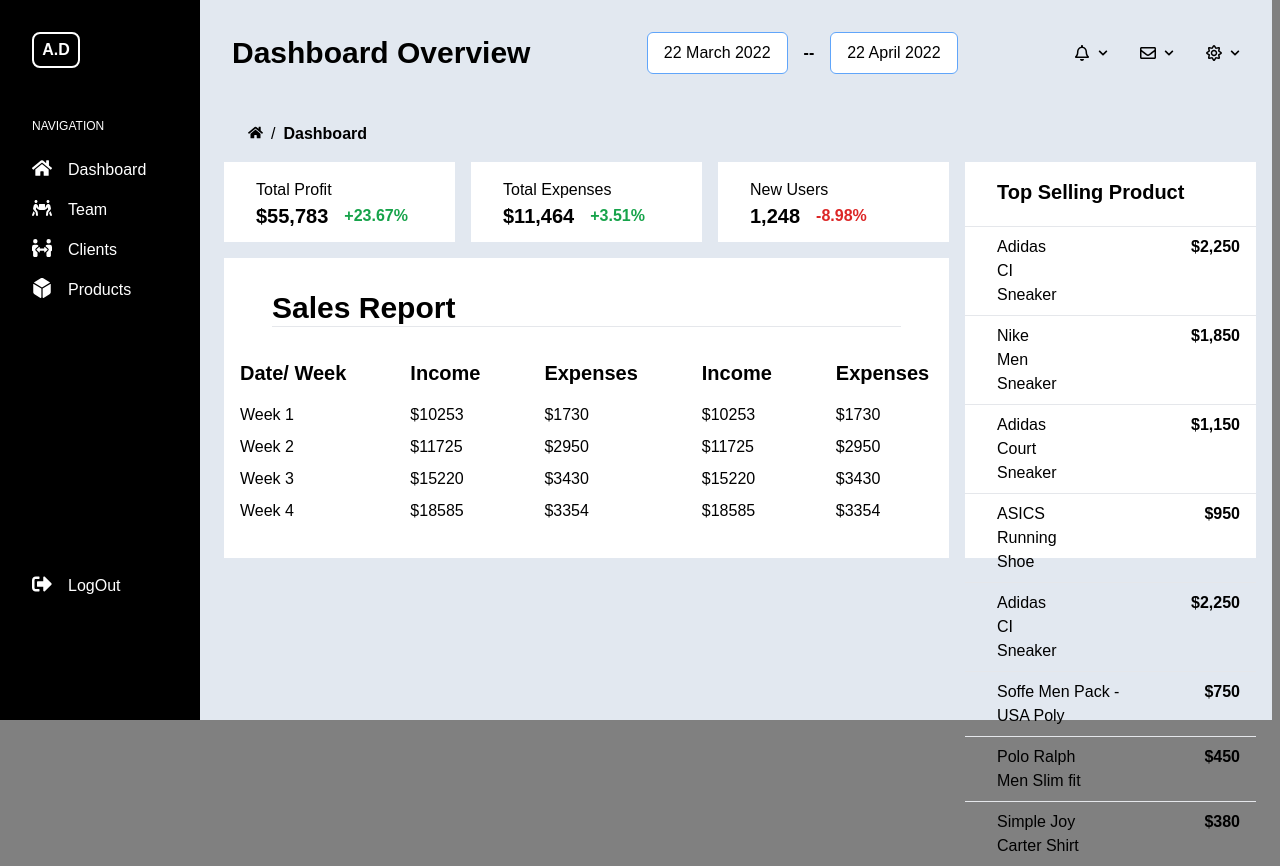
Repository: AngusOnyebuchi/Dashboard
Page: /dashboard
The author's editor kept a copy of each file at every save. The page is drawn from the files as they stood at one save, then again after the next save.
The browser window is 1280 px wide. The pictures show the whole page.
The page's requests for data from a server got no answer. The project was rebuilt for these pictures with package versions that can differ from the ones it lists, and the page was loaded fresh each time. No one was signed in, and anything a server would have sent is missing. Also part of the build but not shown: src/components/Login.js, src/components/Register.js, src/components/Team.js, src/components/Clients.js, src/components/Products.js.

Above is the page before, as saved 2022-05-26 18:37:58.

### public/index.html
<!DOCTYPE html>
<html lang="en">
  <head>
    <meta charset="utf-8" />
    <link rel="icon" href="%PUBLIC_URL%/favicon.ico" />
    <meta name="viewport" content="width=device-width, initial-scale=1" />
    <meta name="theme-color" content="#000000" />
    <meta
      name="description"
      content="Web site created using create-react-app"
    />
    <link rel="apple-touch-icon" href="%PUBLIC_URL%/logo192.png" />
    <!--
      manifest.json provides metadata used when your web app is installed on a
      user's mobile device or desktop. See https://developers.google.com/web/fundamentals/web-app-manifest/
    -->
    <link rel="manifest" href="%PUBLIC_URL%/manifest.json" />
    <!--
      Notice the use of %PUBLIC_URL% in the tags above.
      It will be replaced with the URL of the `public` folder during the build.
      Only files inside the `public` folder can be referenced from the HTML.

      Unlike "/favicon.ico" or "favicon.ico", "%PUBLIC_URL%/favicon.ico" will
      work correctly both with client-side routing and a non-root public URL.
      Learn how to configure a non-root public URL by running `npm run build`.
    -->
    <title>Angus Admin Board</title>
  </head>
  <body>
    <noscript>You need to enable JavaScript to run this app.</noscript>
    <div id="root"></div>
    <!--
      This HTML file is a template.
      If you open it directly in the browser, you will see an empty page.

      You can add webfonts, meta tags, or analytics to this file.
      The build step will place the bundled scripts into the <body> tag.

      To begin the development, run `npm start` or `yarn start`.
      To create a production bundle, use `npm run build` or `yarn build`.
    -->
  </body>
</html>

### src/index.js
import React from "react";
import ReactDOM from "react-dom";
import { BrowserRouter} from "react-router-dom"
import "./style.css"
import App from "./App";

ReactDOM.render(
            <BrowserRouter>
            <App/>
            </BrowserRouter>, document.getElementById("root"))

### src/style.css
@tailwind base;
@tailwind components;
@tailwind utilities;

@layer base {
    body{
        background-color: gray;
        @apply font-[Sans-serif];
    }
    li {
        @apply px-4;
        @apply cursor-pointer;
    }
}

.content-div {
    background-repeat: no-repeat;
    background-size: cover;
    background-position: center;
    height: 150px;
}

.content-div:hover {
    background-image: linear-gradient(
        to right,
        rgba(112, 157, 255, 0.8),
        hsla(242, 74%, 61%, 0.8)
    )!important;
}

### src/App.js
import React, {useState, useEffect} from 'react'
import Home from './components/Home'
import Layout from './components/Layout'
import Login from './components/Login'
import Register from './components/Register'
import Team from './components/Team'
import Clients from './components/Clients'
import Products from './components/Products'
import { Routes, Route } from "react-router-dom"

const teamsUrl = 'https://fakerapi.it/api/v1/persons?_quantity=12'
const clientsUrl = 'https://fakerapi.it/api/v1/companies?_quantity=12'
const productsUrl = 'https://fakerapi.it/api/v1/products?_quantity=12'


export default function App() {

  const [teams, setTeams] = useState([])
  const [clients, setClients] = useState([])
  const [products, setProducts] = useState([])

  const getTeam = () => {
    fetch(teamsUrl)
    .then(response => response.json())
    .then(data => {
      console.log(data.data)
      setTeams(data.data)
    })
  }

  const getClient = () => {
    fetch(clientsUrl)
    .then(response => response.json())
    .then(data => {
      console.log(data.data)
      setClients(data.data)
    })
  }

  const getProduct = () => {
    fetch(productsUrl)
    .then(response => response.json())
    .then(data => {
      console.log(data.data)
      setProducts(data.data)
    })
  }

  useEffect(()=> {
      getTeam()
  }, [])

  useEffect(()=> {
    getClient()
}, [])

useEffect(()=> {
  getProduct()
}, [])

  const teamsElement = teams && teams.length && teams.map(team => {
    return (
      <Team
              key= {team.id}
              firstname= {team.firstname}
              lastname= {team.lastname}
              email= {team.email}
              phone= {team.phone}
              gender= {team.gender}
              image= {team.image}
              />
    )
  })

  const clientsElement = clients && clients.length && clients.map(client => {
    return (
      <Clients
              key= {client.id}
              fullname= {client.name}
              email= {client.email}
              phone= {client.phone}
              gender= {client.gender}
              image= {client.image}
              />
    )
  })

  const productsElement = products && products.length && products.map(product => {
    return (
      <Products
              key= {product.id}
              name= {product.name}
              image= {product.image}
              netPrice= {product.net_price}
              taxes= {product.taxes}
              price= {product.price}
              />
    )
  })

  return (
    <div>

      <Routes>
          <Route path='/' element={<Login/>}/>

          <Route path='/dashboard' element={
          <Layout>
          <Home/>
          </Layout>
          }/>

          <Route path='/register' element={<Register/>}/>

          <Route path='/team' element={
            <Layout>
            <div className='px-8'>
              <div className='text-center p-8 text-black'>
                <h1 className='text-3xl inline border-b-4 border-pink-600'>Team Members</h1>
              </div>
              <div className='grid grid-cols-3 pb-12'>
              {teamsElement}
              </div>
            </div>
            </Layout>
          }/>

          <Route path='/clients' element={
            <Layout>
            <div className='px-8'>
            <div className='text-center p-8 text-black'>
              <h1 className='text-3xl inline border-b-4 border-pink-600'>Our Clients</h1>
            </div>
            <div className='grid grid-cols-3 pb-12'>
            {clientsElement}
            </div>
          </div>
          </Layout>
          }/>

          <Route path='/products' element={
            <Layout>
            <div className='px-8'>
            <div className='text-center p-8 text-black'>
              <h1 className='text-3xl inline border-b-4 border-pink-600'>Our Products</h1>
            </div>
            <div className='grid grid-cols-2 gap-4 pb-12 '>
            {productsElement}
            </div>
          </div>
          </Layout>
          }/>

      </Routes>
    </div>
  )
}

### src/components/Home.js
import React from 'react'
import { FaChevronDown, FaRegEnvelope, FaRegSun, FaRegBell, FaHome} from 'react-icons/fa'

export default function Home() {
  return (
    <div name="dashboard" className='p-4 mx-2 h-screen bg-slate-200'>

          {/** The first part after the nav */}
      <div className='flex justify-between p-4 items-center'>
        <h1 className='font-bold text-3xl ml-48'>Dashboard Overview</h1>

        <div className='flex items-center gap-4'>
          <div className='px-4 py-2 bg-white border-[1px] rounded-md border-blue-400'>
            <p>22 March 2022</p>
            <img alt=''/>
          </div>

          <p><strong>--</strong></p>

          <div className='px-4 py-2 bg-white border-[1px] rounded-md border-blue-400'>
            <p>22 April 2022</p>
            <img alt=''/>
          </div>
        </div>

        <div className='flex gap-8 items-center '>
          <div className='flex gap-2 items-center cursor-pointer'>
            <FaRegBell/>
            <FaChevronDown size={10}/>
          </div>
          <div className='flex gap-2 items-center cursor-pointer'>
            <FaRegEnvelope/>
            <FaChevronDown size={10}/>
          </div>
          <div className='flex gap-2 items-center cursor-pointer'>
            <FaRegSun/>
            <FaChevronDown size={10}/>
          </div>
        </div>

      </div>

      <div className='text-black ml-56 mt-8 flex gap-2 items-center text-center'>
        <FaHome size={15} className='mb-1 cursor-pointer'/>
        <p>/</p>
        <p className='font-semibold'>Dashboard</p>
      </div>


        {/** The second part after the nav */}
        <div className='flex gap-4 mt-4'>

          <div className='ml-[200px]'>
          <div className='flex items-center gap-4'>

            <div className='h-[80px] w-[231px] bg-white py-4 px-8'>
              <p>Total Profit</p>
              <div className='flex items-center gap-4 font-bold'>
                <p className='text-xl'>$55,783</p>
                <p className='text-green-600'>+23.67%</p>
              </div>
            </div>

            <div className='h-[80px] w-[231px] bg-white py-4 px-8'>
              <p>Total Expenses</p>
              <div className='flex items-center gap-4 font-bold'>
                <p className='text-xl'>$11,464</p>
                <p className='text-green-600'>+3.51%</p>
              </div>
            </div>

            <div className='h-[80px] w-[231px] bg-white py-4 px-8'>
              <p>New Users</p>
              <div className='flex items-center gap-4 font-bold'>
                <p className='text-xl'>1,248</p>
                <p className='text-red-600'>-8.98%</p>
              </div>
            </div>

          </div>

          <div className='h-[300px] w-[725px] bg-white mt-4'>

            <div className='text-3xl px-12 py-8'>
              <p className='font-bold'>Sales Report</p>
              <hr/>
            </div>

            <div className='flex items-center px-4 gap-16'>
              <div>
                <p className='text-xl font-bold mb-4'>Date/ Week</p>
                <p className='mb-2'>Week 1</p>
                <p className='mb-2'>Week 2</p>
                <p className='mb-2'>Week 3</p>
                <p className='mb-2'>Week 4</p>
              </div>
              <div>
                <p className='text-xl font-bold mb-4'>Income</p>
                <p className='mb-2'>$10253</p>
                <p className='mb-2'>$11725</p>
                <p className='mb-2'>$15220</p>
                <p className='mb-2'>$18585</p>
              </div>
              <div>
                <p className='text-xl font-bold mb-4'>Expenses</p>
                <p className='mb-2'>$1730</p>
                <p className='mb-2'>$2950</p>
                <p className='mb-2'>$3430</p>
                <p className='mb-2'>$3354</p>
              </div>
              <div>
                <p className='text-xl font-bold mb-4'>Income</p>
                <p className='mb-2'>$10253</p>
                <p className='mb-2'>$11725</p>
                <p className='mb-2'>$15220</p>
                <p className='mb-2'>$18585</p>
              </div>
              <div>
                <p className='text-xl font-bold mb-4'>Expenses</p>
                <p className='mb-2'>$1730</p>
                <p className='mb-2'>$2950</p>
                <p className='mb-2'>$3430</p>
                <p className='mb-2'>$3354</p>
              </div>

            </div>
          </div>

          </div>

          <div className='bg-white h-[396px] w-[382px] py-4'>
            <p className='font-bold text-xl pl-8 pb-5'>Top Selling Product</p>
            <hr/>
            <div className='flex gap-4 px-4 py-2'>
              <img alt='' src=''/>
              <p>Adidas CI Sneaker</p>
              <p className='font-bold ml-28'>$2,250</p>
            </div>
            <hr/>

            <div className='flex gap-4 px-4 py-2'>
              <img alt='' src=''/>
              <p>Nike Men Sneaker</p>
              <p className='font-bold ml-28'>$1,850</p>
            </div>
            <hr/>

            <div className='flex gap-4 px-4 py-2'>
              <img alt='' src=''/>
              <p>Adidas Court Sneaker</p>
              <p className='font-bold ml-[88px]'>$1,150</p>
            </div>
            <hr/>

            <div className='flex gap-4 px-4 py-2'>
              <img alt='' src=''/>
              <p>ASICS Running Shoe</p>
              <p className='font-bold ml-24'>$950</p>
            </div>
            <hr/>

            <div className='flex gap-4 px-4 py-2'>
              <img alt='' src=''/>
              <p>Adidas CI Sneaker</p>
              <p className='font-bold ml-28'>$2,250</p>
            </div>
            <hr/>

            <div className='flex gap-4 px-4 py-2'>
              <img alt='' src=''/>
              <p>Soffe Men Pack - USA Poly</p>
              <p className='font-bold ml-14'>$750</p>
            </div>
            <hr/>

            <div className='flex gap-4 px-4 py-2'>
              <img alt='' src=''/>
              <p>Polo Ralph Men Slim fit</p>
              <p className='font-bold ml-20'>$450</p>
            </div>
            <hr/>

            <div className='flex gap-4 px-4 py-2'>
              <img alt='' src=''/>
              <p>Simple Joy Carter Shirt</p>
              <p className='font-bold ml-20'>$380</p>
            </div>

          </div>

        </div>

    </div>
  )
}

### src/components/Layout.js
import React from 'react'
import NavBar from './NavBar'

export default function Layout({ children }) {
  return (
    <div>
        <NavBar />
        <div>{children}</div>
    </div>
  )
}

### src/components/NavBar.js
import React from 'react'
import { NavLink } from 'react-router-dom'
import { FaHome, FaPeopleCarry, FaPeopleArrows, FaDiceD6, FaSignOutAlt } from 'react-icons/fa'

export default function NavBar() {
  return (
    <div className=' fixed w-[200px] h-screen px-8 py-4 text-white bg-black'>
        <div className='flex gap-2 items-center text-center'>
            <h1 className='p-1 mt-4 w-12 border-2 border-white rounded-lg text-center text-white'><strong>A.D</strong></h1>
        </div>

        <div>
        <div className='mt-[50px]'>
                <h1 className='uppercase mb-6 text-xs'>Navigation</h1>

                <NavLink to='/dashboard'>
                  <div className='flex gap-4 text-center'>
                    <FaHome size={20}/>
                    <p className='cursor-pointer mb-4'>Dashboard</p>
                  </div>
                </NavLink>
                <NavLink to='/team'>
                  <div className='flex gap-4 text-center'>
                    <FaPeopleCarry size={20}/>
                    <p className='cursor-pointer mb-4'>Team</p>
                  </div>
                </NavLink>
                <NavLink to='/clients'>
                  <div className='flex gap-4 text-center'>
                    <FaPeopleArrows size={20}/>
                    <p className='cursor-pointer mb-4'>Clients</p>
                  </div>
                </NavLink>
                <NavLink to='/products'>
                  <div className='flex gap-4 text-center'>
                    <FaDiceD6 size={20}/>
                    <p className='cursor-pointer mb-[272px]'>Products</p>
                  </div>
                </NavLink>
                <NavLink to='/'>
                  <div className='flex gap-4 text-center'>
                    <FaSignOutAlt size={20}/>
                    <p className='cursor-pointer mb-4'>LogOut</p>
                  </div>
                </NavLink>
            </div>
        </div>
    </div>
  )
}

Loaded but not shown: tailwind.config.js (common file)

After the next save:
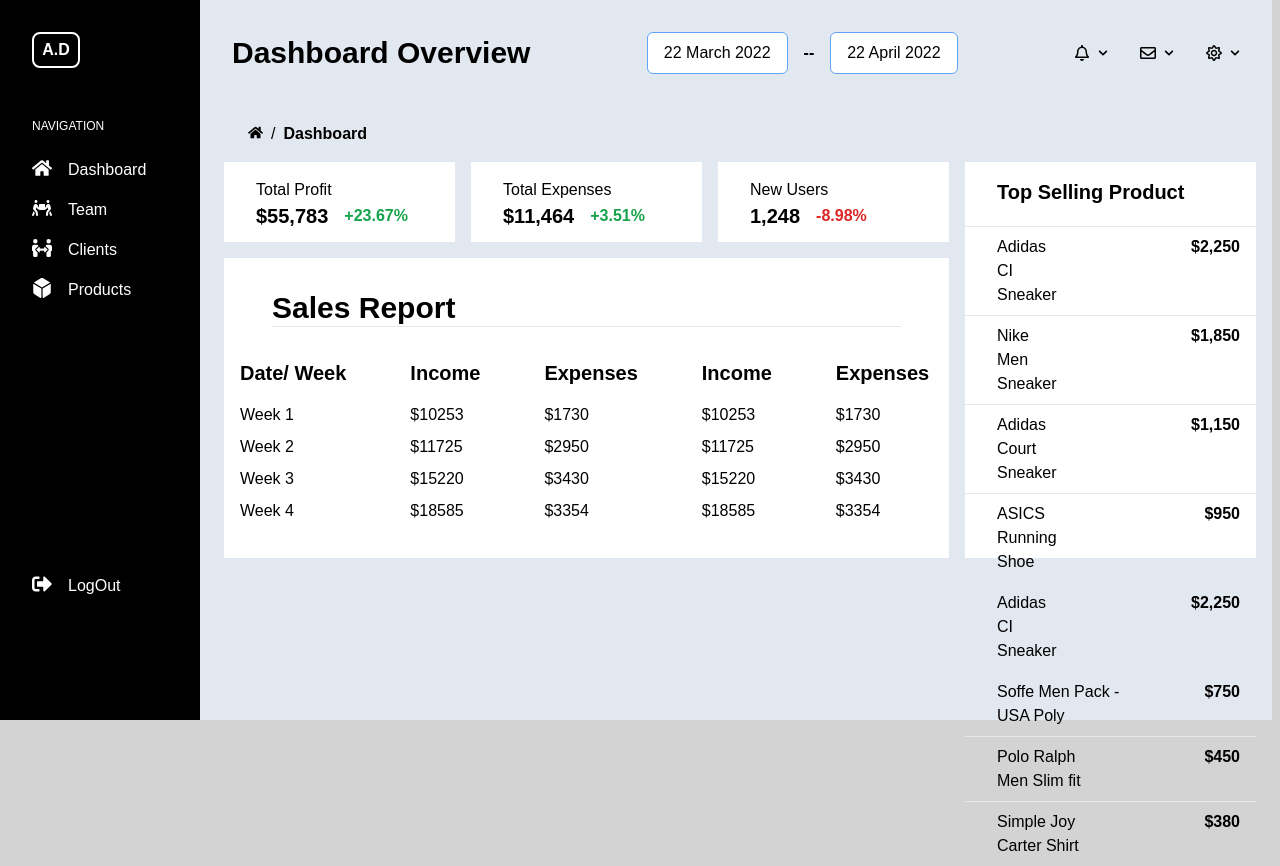
Saved 17 s later.
--- a/src/style.css
+++ b/src/style.css
@@ -4,7 +4,7 @@
 
 @layer base {
     body{
-        background-color: gray;
+        background-color: lightgray;
         @apply font-[Sans-serif];
     }
     li {
